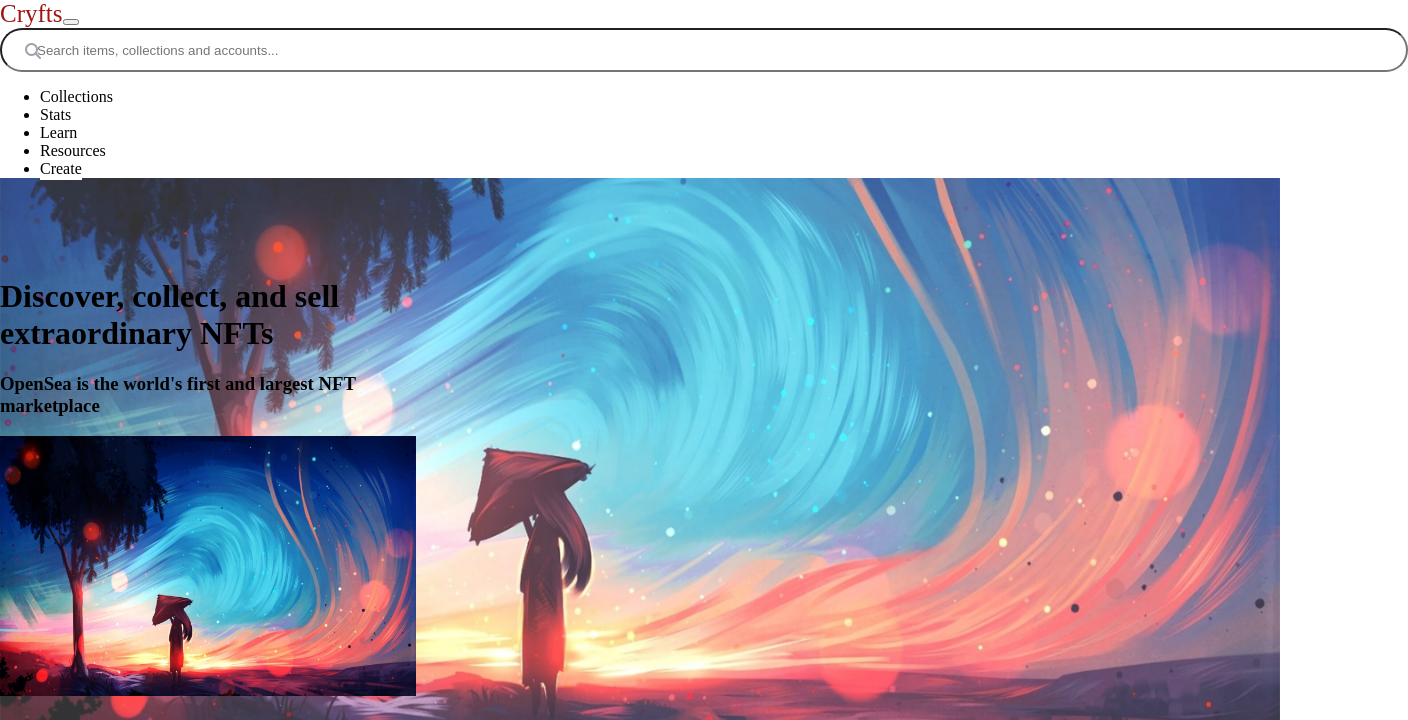
Repository: Huzaifa-2609/opensea_project
Page: /
These files come from the project's save history. The page is drawn as it stood at one moment and after the next save; the edit follows.
The browser window is 1280 px wide. The page is 1408 px wide, so the pictures cover 1408 px, including what lies to the right of the window. The pictures show the whole page.
Some web libraries are served in a nearby version. The project was rebuilt for these pictures with package versions that can differ from the ones it lists, and the page was loaded fresh each time. The framework's server and built-in components were replaced by stand-ins that run in the browser. Also part of the build but not shown: next.config.js, styles/Home.module.css.

Above is the page before, as saved 2022-07-09 18:05:05.

After the next save:
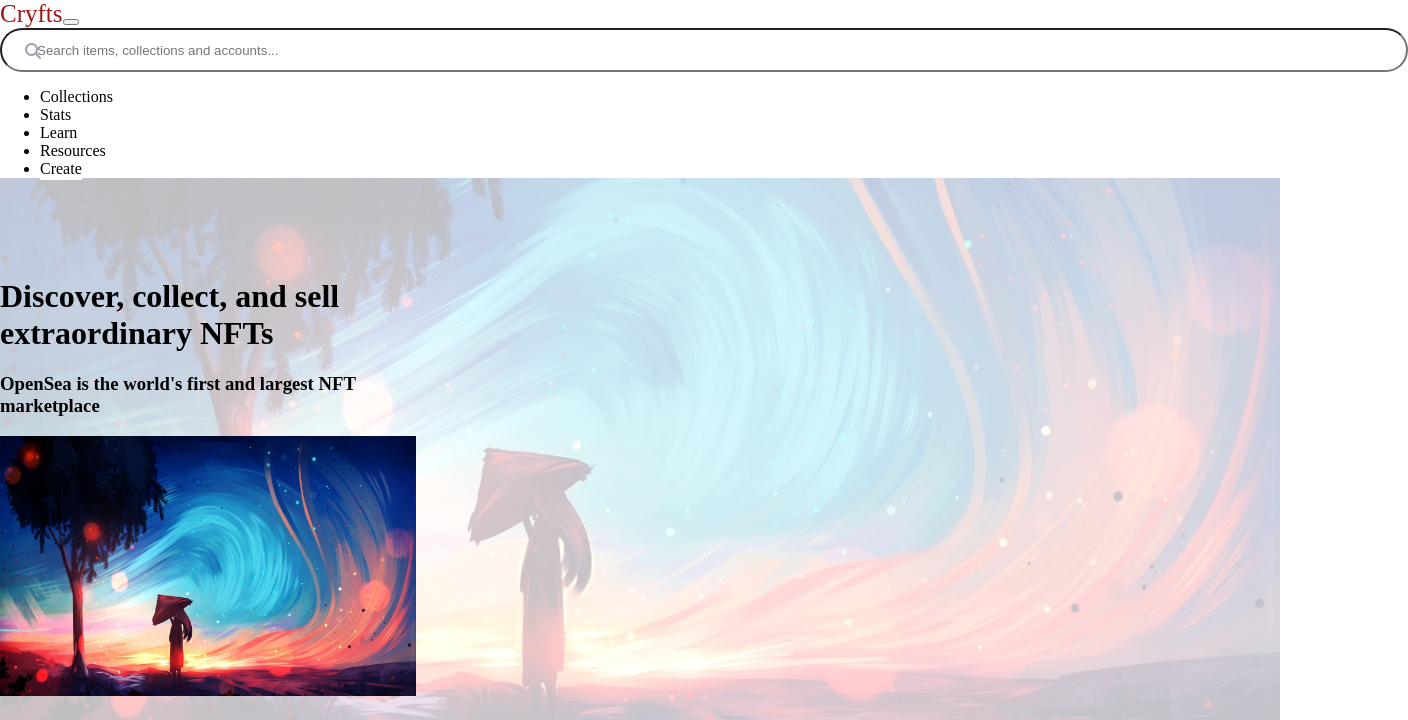
Saved 22 s later.
--- a/styles/hero.css
+++ b/styles/hero.css
@@ -10,7 +10,7 @@
     height:100%;
     width:100%;
     z-index: -1;
-    opacity: 0.8;
+    opacity: 0.25;
     top: 0px;
     left: 0px;
 }
